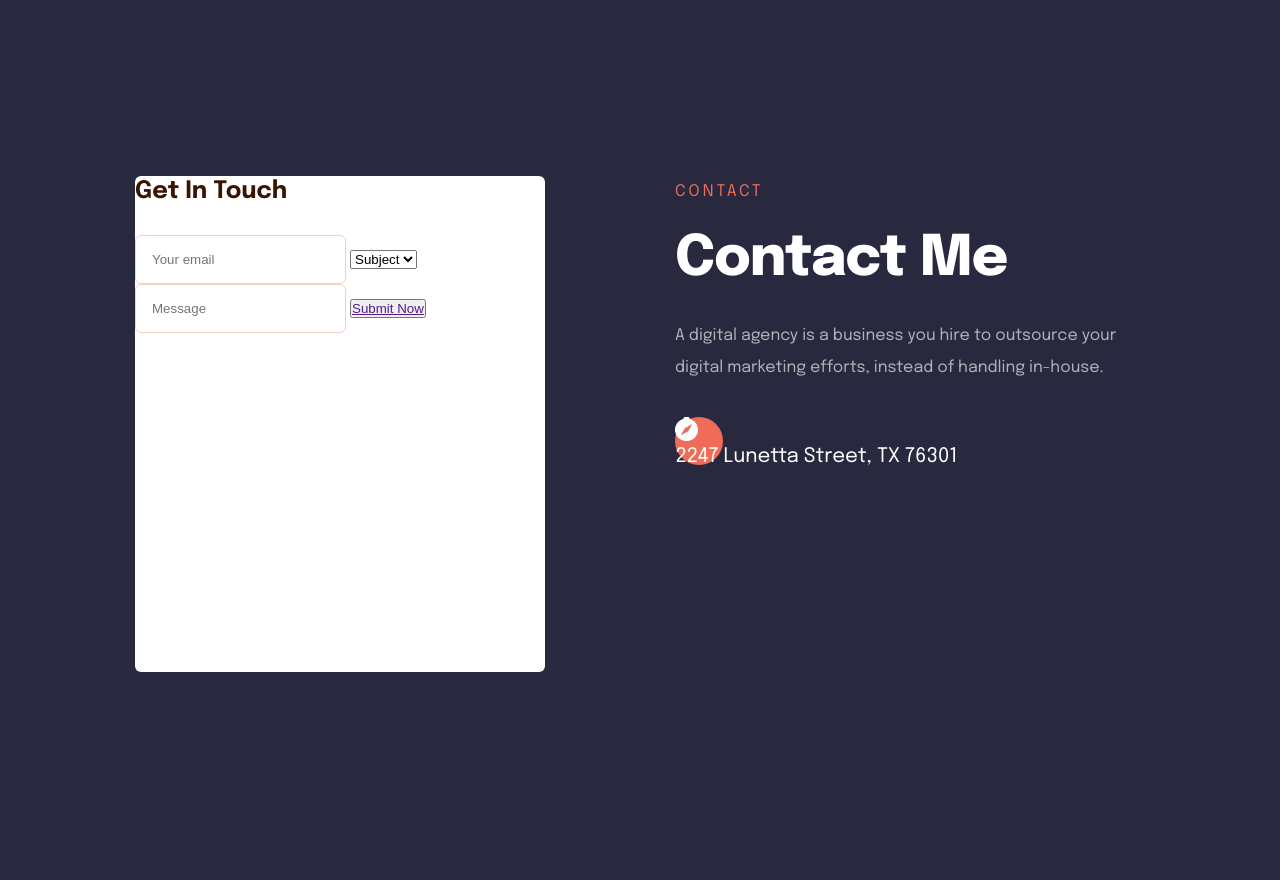
Repository: simralgasimov/contact-me
Page: index.html
These files come from the project's save history. The page is drawn as it stood at one moment and after a run of saves; the edit follows.
The browser window is 1280 px wide. The pictures show the whole page.

Above is the page before, as saved 2023-10-04 13:22:53.

### index.html
<!DOCTYPE html>
<html lang="en">
  <head>
    <meta charset="UTF-8" />
    <meta name="viewport" content="width=device-width, initial-scale=1.0" />
    <title>Document</title>
    <link rel="stylesheet" href="./index.css" />
  </head>
  <body>
    <div class="container">
        <form action="">
          <p>Get In Touch</p>
          <label for="">
            <input type="email" placeholder="Your email" />
          </label>

          <label for="subject">
            <select name="" id="subject">
              <option value="subject">Subject</option>
              <option value="subject">Subject</option>
              <option value="subject">Subject</option>
            </select>
          </label>

          <label for="">
            <input type="textarea" name="" id="" placeholder="Message" />
          </label>
          <button><a href="">Submit Now</a></button>
        </form>


      <div class="contact-me">
        <h1>Contact</h1>
        <h2>Contact Me</h2>
        <p>
          A digital agency is a business you hire to outsource your digital
          marketing efforts, instead of handling in-house.
        </p>
        <div class="cirycle">
          <img src="./img/Shape.png" alt="" />
          <p>2247 Lunetta Street, TX 76301</p>
        </div>
      </div>
    </div>
  </body>
</html>

### index.css
@import url("https://fonts.googleapis.com/css2?family=Epilogue:wght@400;700;800;900&display=swap");
* {
  margin: 0;
  padding: 0;
  box-sizing: border-box;
}

.container {
  padding: 176px 135px 208px 135px;
  background: #28293e;
  display: flex;
  /* justify-content: space-between; */
}

.container p {
  margin-bottom: 27px;
  color: var(--Text_Dark, #391400);
  font-feature-settings: "clig" off, "liga" off;

  font-family: Epilogue;
  font-size: 24px;
  font-style: normal;
  font-weight: 700;
  line-height: 32px;
}

.container form {
  width: 570px;
  height: 496px;
  margin-right: 130px;
  border-radius: 6px;
  background: #fff;
}

.container input {
  padding: 16px;
  border-radius: 6px;
  border: 1px solid #f3d1bf;
  background: #fff;
}

.container .form label {
  display: block;
  margin-bottom: 28px;
}
.container .form form {
  padding: 57px 48px 48px 48px;
}

.container .form form [type="email"] {
  width: 474px;
  height: 48px;
}

.container .form form [id="subject"] {
  width: 474px;
  height: 48px;
}

.container .form form [type="textarea"] {
  width: 474px;
  height: 135px;
}

.container .form button {
  width: 154px;
  height: 48px;
  border-radius: 6px;
  background: #ef6d58;
  border: none;
  float: right;
}

.container .form button a {
  text-decoration: none;
  color: #fff;
  text-align: center;
  font-family: Epilogue;
  font-size: 14px;
  font-style: normal;
  font-weight: 900;
  line-height: normal;
  text-transform: uppercase;
}

.container .contact-me h1 {
  margin-bottom: 20px;
  width: 86px;
  color: var(--Text_Light_Accent, #ef6d58);
  font-feature-settings: "clig" off, "liga" off;
  font-family: Epilogue;
  font-size: 16px;
  font-style: normal;
  font-weight: 400;
  line-height: 32px;
  letter-spacing: 3px;
  text-transform: uppercase;
}

.container .contact-me h2 {
  margin-bottom: 28px;
  width: 334px;
  color: var(--Text_Light, #fff);
  font-feature-settings: "clig" off, "liga" off;
  font-family: Epilogue;
  font-size: 56px;
  font-style: normal;
  font-weight: 800;
  line-height: 64px;
  letter-spacing: -1px;
}

.container .contact-me p {
  margin-bottom: 33px;
  width: 470px;
  color: var(--Text_Light_Gray, rgba(255, 255, 255, 0.64));
  font-feature-settings: "clig" off, "liga" off;

  font-family: Epilogue;
  font-size: 16px;
  font-style: normal;
  font-weight: 400;
  line-height: 32px;
}

.container .contact-me .cirycle {
  /* position: relative; */
  width: 48px;
  height: 48px;
  background-color: #ef6d58;
  border-radius: 50%;
}

.container .contact-me .cirycle img {
  /* position: absolute; */
  /* margin: 13px; */

  display: flex;
  justify-content: center;
  align-content: center;
}

.container .contact-me .cirycle p {
  display: flex;
  justify-content: center;
  align-items: center;
  align-content: center;
  /* margin-left: 90px; */
  width: 283px;
  color: var(--Text_Light, #fff);
  font-feature-settings: "clig" off, "liga" off;

  font-family: Epilogue;
  font-size: 20px;
  font-style: normal;
  font-weight: 400;
  line-height: 32px;
}

After the next 2 saves:
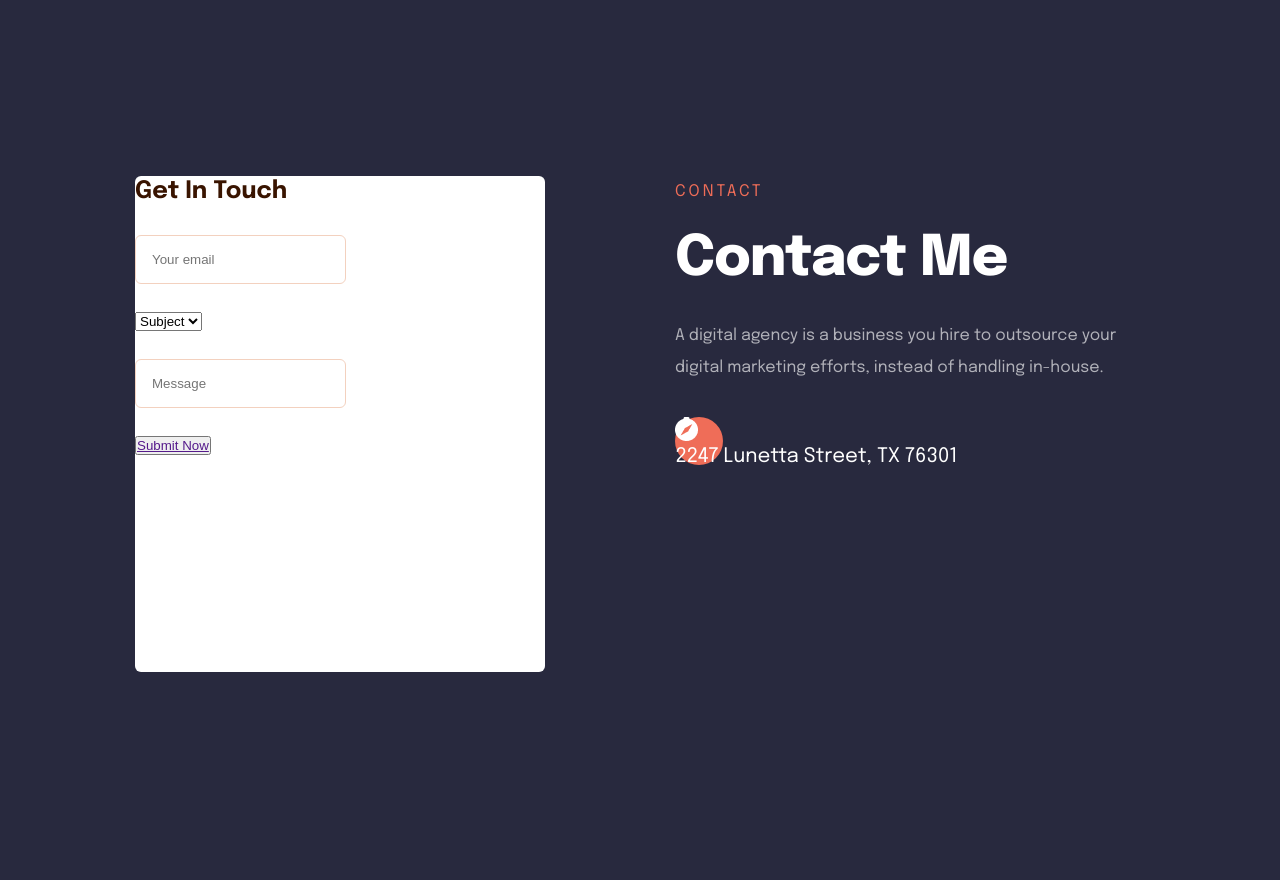
The 2 saves are shown as one change because they came seconds apart.
The last was saved 61 s later.
--- a/index.css
+++ b/index.css
@@ -39,11 +39,11 @@
   background: #fff;
 }
 
-.container .form label {
+.container form label {
   display: block;
   margin-bottom: 28px;
 }
-.container .form form {
+.container form form {
   padding: 57px 48px 48px 48px;
 }
 
